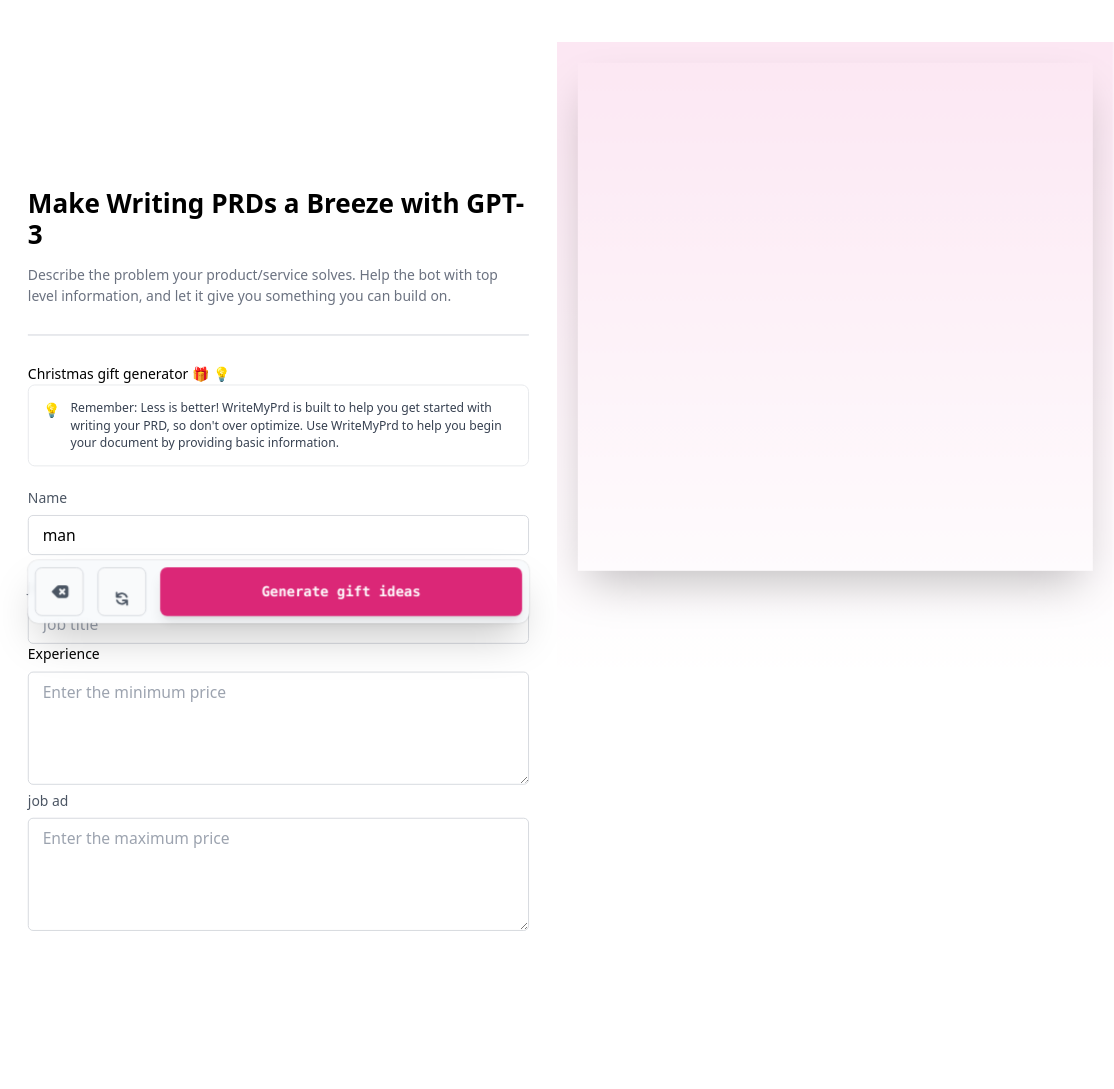
Repository: hamza-mastar/chatgpt-jpbad
Page: /
These files come from the project's save history. The page is drawn as it stood at one moment and after the next save; the edit follows.
The browser window is 1280 px wide. The pictures show the whole page, at 87% of full size.
The project was rebuilt for these pictures with package versions that can differ from the ones it lists, and the page was loaded fresh each time. The framework's server and built-in components were replaced by stand-ins that run in the browser.

Above is the page before, as saved 2023-01-30 05:00:04.

After the next save:
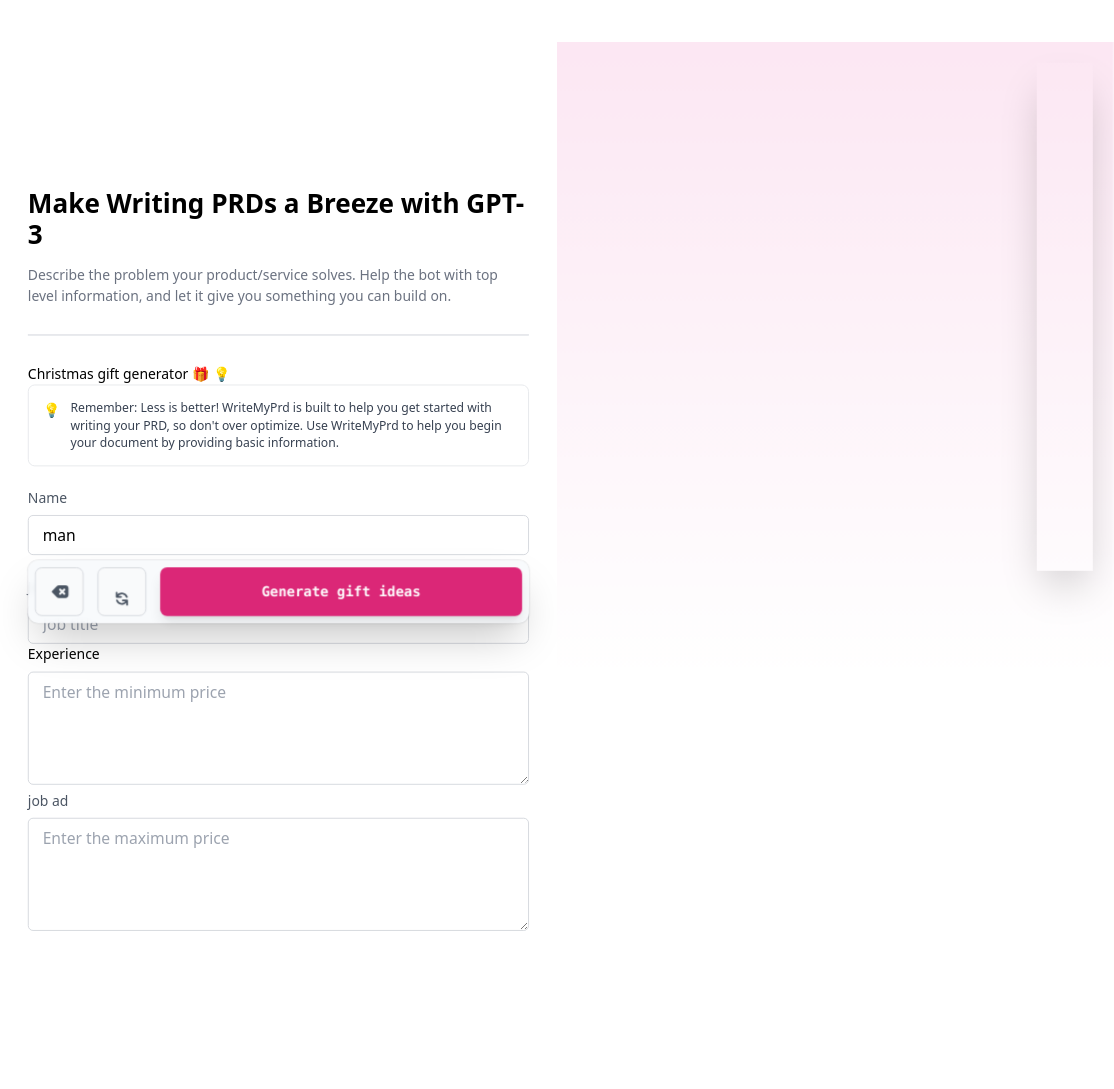
Saved 49 s later.
--- a/pages/index.js
+++ b/pages/index.js
@@ -137,7 +137,7 @@
 
           <div class="relative lg:fixed right-0 bottom-0 lg:block lg:w-1/2 overflow-hidden sm:px-5 lg:h-full h-auto overflow-y-auto top-12">
             <div class="absolute inset-0 bg-gradient-to-b from-pink-100 to-white pointer-events-none -z-10" >
-              {/* <div class="hidden md:block absolute right-0 pointer-events-none -z-10"> */}
+              <div class="hidden md:block absolute right-0 pointer-events-none -z-10">
                 <div class="h-auto">
                 <div class="p-6 pb-0 h-[calc(100vh-6rem)]" >
                 <div class="form-textarea relative text-base w-full p-4 px-8 overflow-scroll h-[calc(100%-1rem)] shadow-2xl flex items-center justify-center" >
@@ -163,7 +163,7 @@
         </div>
         </div>
         </div>
-        {/* </div> */}
+        </div>
       </main>
       </div>
 

After the save that followed:
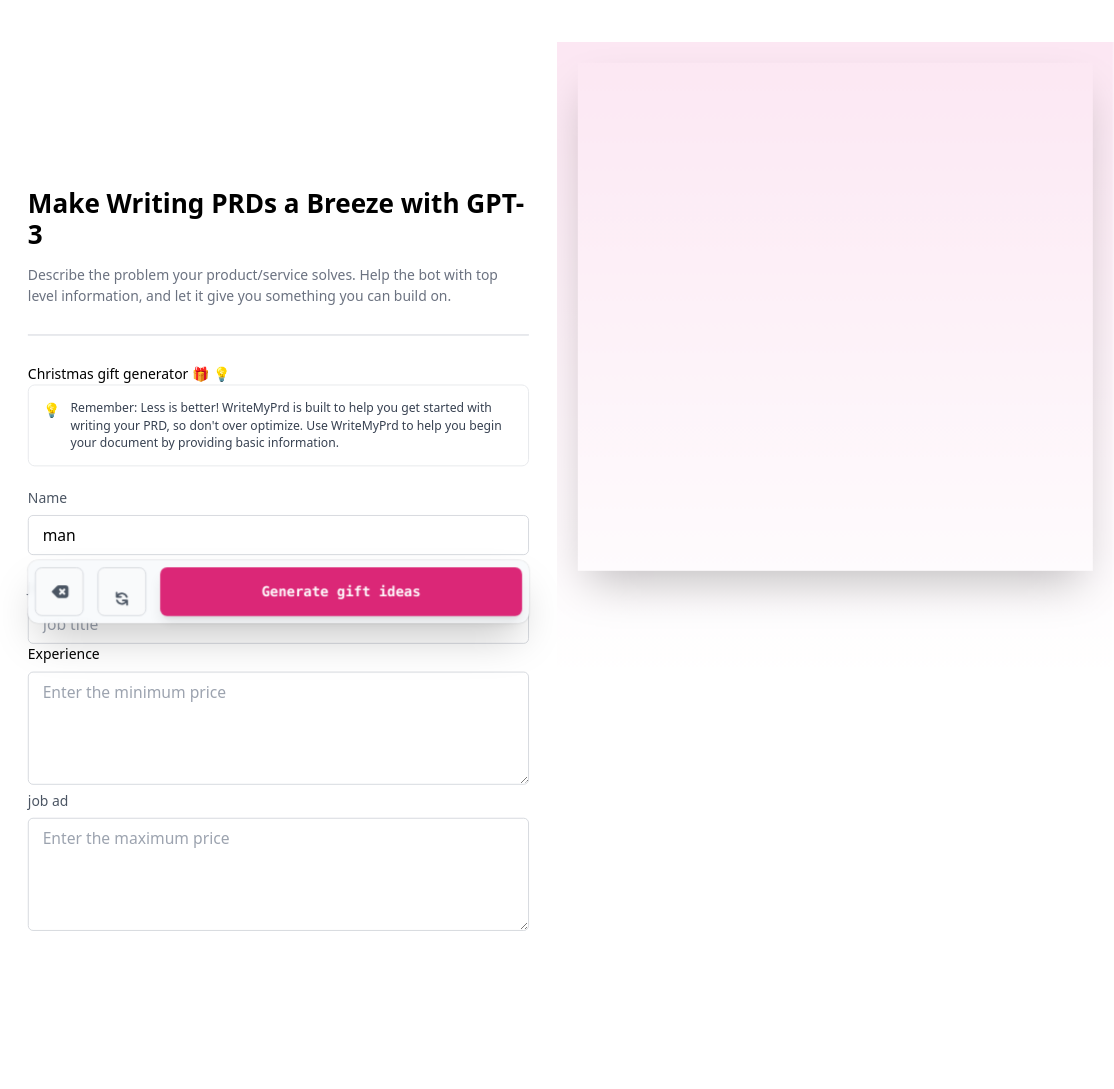
Saved 10 s later.
--- a/pages/index.js
+++ b/pages/index.js
@@ -137,7 +137,7 @@
 
           <div class="relative lg:fixed right-0 bottom-0 lg:block lg:w-1/2 overflow-hidden sm:px-5 lg:h-full h-auto overflow-y-auto top-12">
             <div class="absolute inset-0 bg-gradient-to-b from-pink-100 to-white pointer-events-none -z-10" >
-              <div class="hidden md:block absolute right-0 pointer-events-none -z-10">
+              {/* <div class="hidden md:block absolute right-0 pointer-events-none -z-10"> */}
                 <div class="h-auto">
                 <div class="p-6 pb-0 h-[calc(100vh-6rem)]" >
                 <div class="form-textarea relative text-base w-full p-4 px-8 overflow-scroll h-[calc(100%-1rem)] shadow-2xl flex items-center justify-center" >
@@ -163,7 +163,7 @@
         </div>
         </div>
         </div>
-        </div>
+        {/* </div> */}
       </main>
       </div>
 
